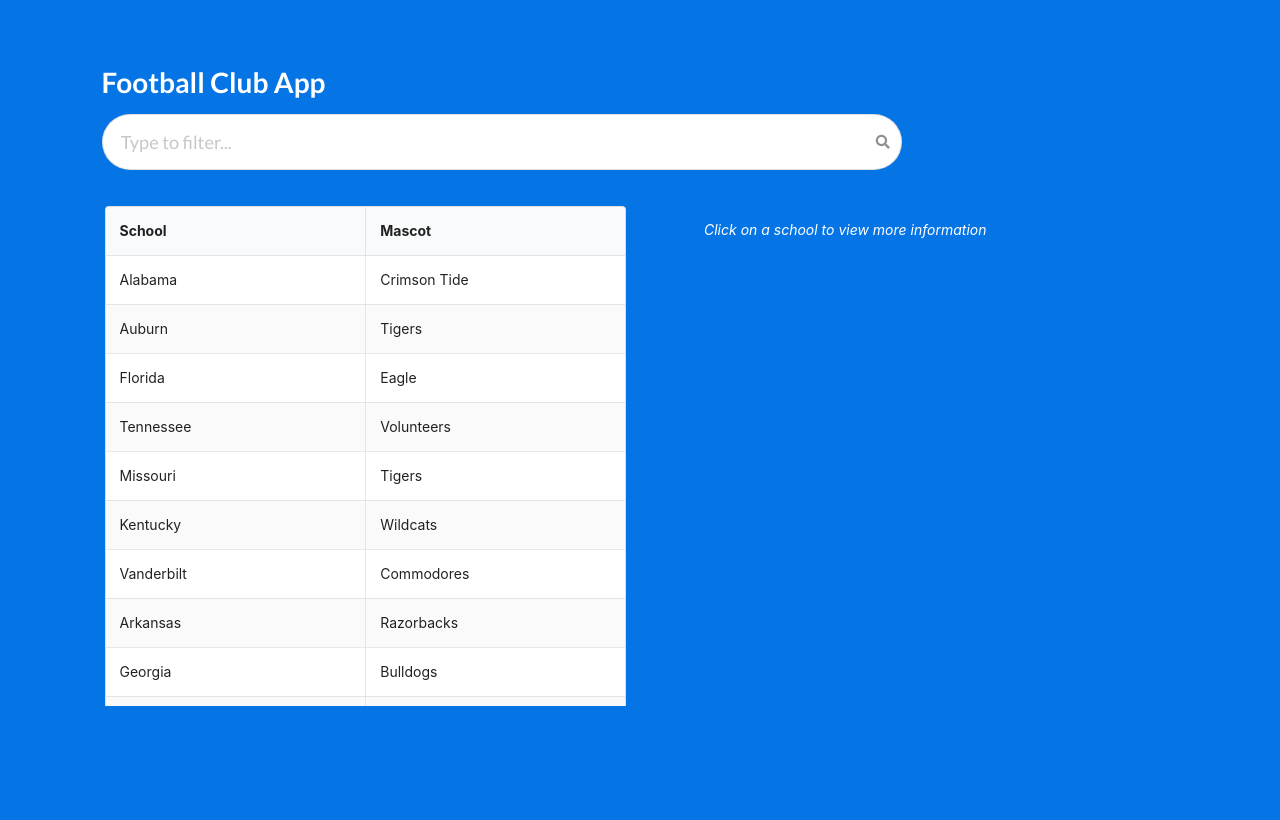
Repository: edwarddubi/Bootcamp_4_React
Page: / (app in bootcamp-4-react/)
An editor plug-in stored every save of this project. The page is shown before and after the next save, followed by the edit.
The browser window is 1280 px wide. The pictures show the whole page.
An inner scrolling area shows only its first screen. The project was rebuilt for these pictures with package versions that can differ from the ones it lists, and the page was loaded fresh each time.

Above is the page before, as saved 2020-07-14 11:00:58.

### bootcamp-4-react/public/index.html
<!DOCTYPE html>
<html lang="en">
  <head>
    <meta charset="utf-8" />
    <link rel="icon" href="%PUBLIC_URL%/favicon.ico" />
    <link
      rel="stylesheet"
      href="https://cdnjs.cloudflare.com/ajax/libs/semantic-ui/2.4.1/semantic.min.css"
    />
    <meta name="viewport" content="width=device-width, initial-scale=1" />
    <meta name="theme-color" content="#000000" />
    <meta
      name="description"
      content="Find all Football Clubs Here"
    />
    <link rel="apple-touch-icon" href="%PUBLIC_URL%/logo192.png" />
    <!--
      manifest.json provides metadata used when your web app is installed on a
      user's mobile device or desktop. See https://developers.google.com/web/fundamentals/web-app-manifest/
    -->
    <link rel="manifest" href="%PUBLIC_URL%/manifest.json" />
    <!--
      Notice the use of %PUBLIC_URL% in the tags above.
      It will be replaced with the URL of the `public` folder during the build.
      Only files inside the `public` folder can be referenced from the HTML.

      Unlike "/favicon.ico" or "favicon.ico", "%PUBLIC_URL%/favicon.ico" will
      work correctly both with client-side routing and a non-root public URL.
      Learn how to configure a non-root public URL by running `npm run build`.
    -->
    <title>Football Club App</title>
  </head>
  <style>
    .ui.table thead tr:first-child > th {
      position: sticky !important;
      top: 0;
      z-index: 2;
    }
    .ui.search > .ui.input.icon { width: 800px; margin-left: 25px; }
  </style>
  <body>
    <noscript>You need to enable JavaScript to run this app.</noscript>
    <div id="root"></div>
    <!--
      This HTML file is a template.
      If you open it directly in the browser, you will see an empty page.

      You can add webfonts, meta tags, or analytics to this file.
      The build step will place the bundled scripts into the <body> tag.

      To begin the development, run `npm start` or `yarn start`.
      To create a production bundle, use `npm run build` or `yarn build`.
    -->
  </body>
</html>

### bootcamp-4-react/src/index.css
body {
  margin: 0;
  font-family: -apple-system, BlinkMacSystemFont, 'Segoe UI', 'Roboto', 'Oxygen',
    'Ubuntu', 'Cantarell', 'Fira Sans', 'Droid Sans', 'Helvetica Neue',
    sans-serif;
  -webkit-font-smoothing: antialiased;
  -moz-osx-font-smoothing: grayscale;
}

code {
  font-family: source-code-pro, Menlo, Monaco, Consolas, 'Courier New',
    monospace;
}


.bg{
	background: #0575e6;
	justify-content: center;
}


/* ##### general ##### */
* {
	box-sizing: border-box;
}
main {
	padding: 0 2rem;
}

input[type='text'] {
	margin: 1rem;
	background: #fff;
	font-size: 1.3rem;
	border: none;
	box-shadow: inset 0 0 2px rgb(250, 251, 252);
	border-radius: 35px;
	padding: 0 2rem;
	width: calc(100% - 2rem);
	height: 4rem;
}

/* ##### Rows ##### */
.row {
	margin-top: 0rem;
	justify-content: center;
}

.row:after {
	padding: 1 0rem;
	content: '';
	display: table;
	clear: both;


}

.tableWrapper {
	max-height: 500px;
	min-height: 500px;
	overflow: auto;
	scroll-behavior: smooth;
	align-items: flex-start;
	align-self: flex-end;
}

### bootcamp-4-react/src/App.js
import React, { useState } from "react";
import Search from "./components/Search";
import ViewFootballClub from "./components/ViewFootballClub";
import FootballClubLists from "./components/FootballClubLists";
import AddFootballClub from "./components/AddFootballClub";
import RemoveFootballClub from "./components/RemoveFootballClub";
import EditFootballClub from "./components/EditFootballClub"
import { getData } from "./data/data.js";

function App() {
  const [data, setData] = useState(getData());
  const [filteredClubs, setFilteredClubs] = useState([])


  return (
    <div className="App">
      <div className="bg">
        <div
          style={{ paddingTop: "5%", paddingBottom: "10%" }}
          class="ui container"
        >
          <h1 style={{ color: "white", marginLeft: "25px" }}>
            Football Club App
          </h1>
          <Search data={data} setFilteredClubs={setFilteredClubs} />

          <main style={{ marginTop: "50px" }} className="main">
            <div class="ui grid">
              <div style={{ width: "50%" }} class="table-responsive" className="tableWrapper">
                <table
                  class="ui stackable fixed striped single line selectable celled table padded "
                >
                  <thead>
                    <tr>
                      <th>School</th>
                      <th>Mascot</th>
                    </tr>
                  </thead>
                  <FootballClubLists data={data} filteredClubs={filteredClubs} />
                  <tfoot>
                    <tr>
                      <th>{filteredClubs.length !== 0 ? "Search results: " + filteredClubs.length : data.length} School(s)</th>
                      <th></th>
                    </tr>
                  </tfoot>
                </table>
              </div>

              <div style={{ width: "50%", marginLeft:"50px" }} class="six wide column">
                <ViewFootballClub data={data} />
              </div>

              <div>
                <AddFootballClub data={data} />
              </div>
              <div>
                <EditFootballClub data={data} />
              </div>

              <div>
                <RemoveFootballClub data={data} />
              </div>
            </div>
          </main>
        </div>
      </div>
    </div>
  );
}

export default App;

### bootcamp-4-react/src/components/Search.js
import React from "react";
import {getFilteredClubs} from "../Functions/AppFunctions"

const Search = (props) => {

  const filterText = (event) =>{
    props.setFilteredClubs(getFilteredClubs(event.target.value, props.data))
  }
  //You will need to save the value from the textbox and update it as it changes
  //You will need the onChange value for the input tag to capture the textbox value

  return (
    <div>
      <div  style={{ marginTop: "1rem" }} class="ui search fluid">
        <div class="ui icon input">
          <input
            onChange={filterText}
            class="prompt"
            type="text"
            placeholder="Type to filter..."
          ></input>
          <i class="search icon"></i>
        </div>
      </div>
    </div>
  );
};

export default Search;

### bootcamp-4-react/src/components/ViewFootballClub.js
import React, {useState, useEffect} from 'react';


const ViewFootballClub = (props) => {


    return (
        <div>
            <div style={{alignItems:"center", justifyContent:"center"}}>
                <i style={{color:"white"}}>Click on a school to view more information</i>
            </div>

        </div>
    );
};
export default ViewFootballClub;

### bootcamp-4-react/src/components/FootballClubLists.js
import React from "react";

const FootballClubLists = (props) => {

  const buildingList =
    props.filteredClubs.length === 0
      ? props.data.map((footballClub) => {
          return (
            <tr key={footballClub.id}>
              <td data-label="School">{footballClub.school} </td>
              <td data-label="Mascot"> {footballClub.mascot} </td>
            </tr>
          );
        })
      : props.filteredClubs.map((footballClub) => {
        return (
          <tr key={footballClub.id}>
            <td data-label="School">{footballClub.school} </td>
            <td data-label="Mascot"> {footballClub.mascot} </td>
          </tr>
        );
      });

  return <tbody>{buildingList}</tbody>;
};
export default FootballClubLists;

### bootcamp-4-react/src/components/AddFootballClub.js
import React, { useState, useEffect } from "react";

const AddFootballClub = (props) => {
  return <div></div>;
};
export default AddFootballClub;

### bootcamp-4-react/src/components/RemoveFootballClub.js

import React, {useState, useEffect} from 'react';


const RemoveFootballClub = (props) => {


    return(
        <div>

    </div>

    );

};


export default RemoveFootballClub;

### bootcamp-4-react/src/components/EditFootballClub.js
import React, { useState, useEffect } from "react";

const AddFootballClub = (props) => {
  return <div></div>;
};
export default AddFootballClub;

### bootcamp-4-react/src/data/data.js
import schools from './schools.json'

const getData = () => {
  let all_footballClubs = [];
  let id = 1;
    schools.forEach(element => {
        element["id"] = id
        all_footballClubs.push(element)
        id++

    });
  return all_footballClubs
};

export { getData };

### bootcamp-4-react/src/Functions/AppFunctions.js

/**
 * Write all your functions here and export them to use in each respective component
 * An example is done below for filtering football clubs
 */



const getFilteredClubs = (filterText, data) => {
  //Here you will need to update the value of the filter with the value from the textbox

  return data.filter((footballClub) => {
    return (
      filterText.length > 0 &&
      footballClub.school
        .toLowerCase()
        .indexOf(filterText.toLowerCase().trim()) !== -1
    );
  });

};


export {getFilteredClubs}

Loaded but not shown: bootcamp-4-react/src/index.js (common file); bootcamp-4-react/src/serviceWorker.js (common file); bootcamp-4-react/src/data/schools.json (110 lines, source omitted)

After the next save:
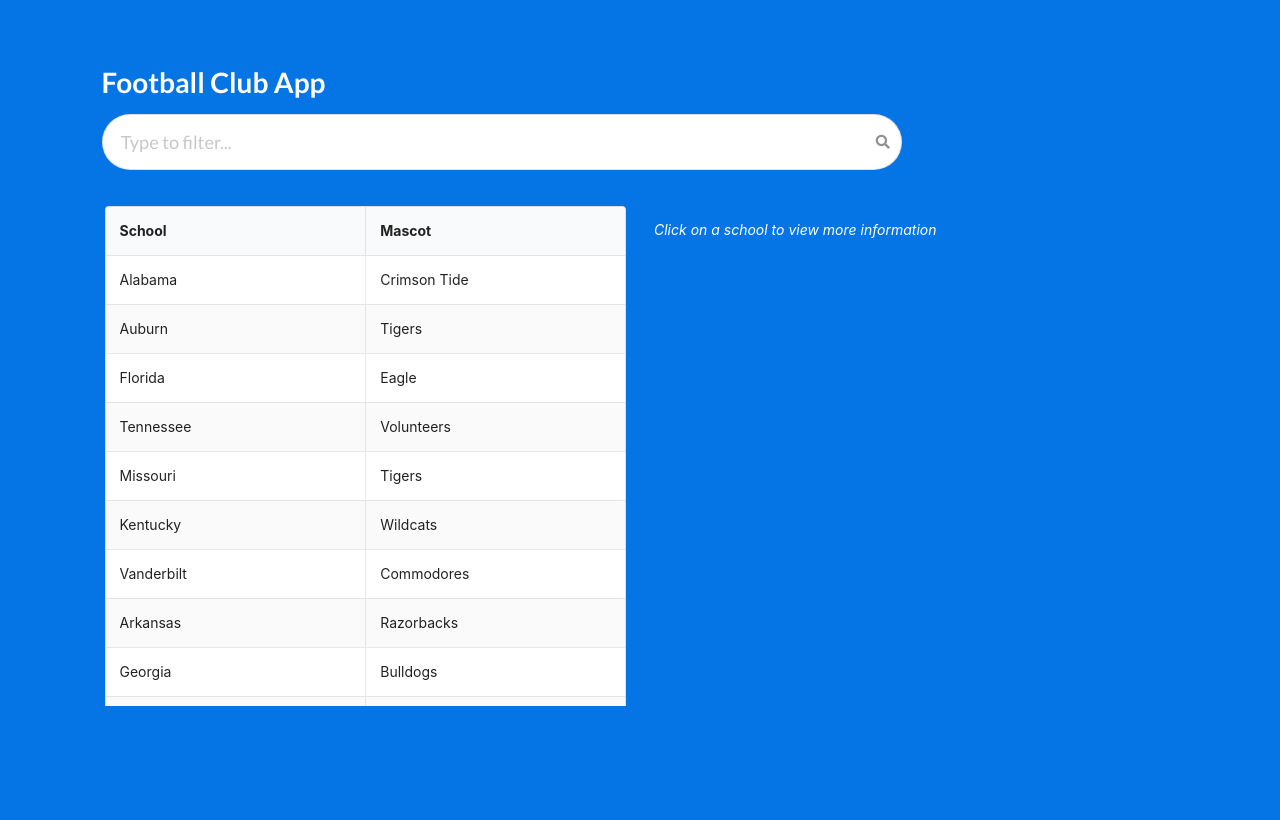
Saved 31 s later.
--- a/bootcamp-4-react/src/App.js
+++ b/bootcamp-4-react/src/App.js
@@ -46,7 +46,7 @@
                 </table>
               </div>
 
-              <div style={{ width: "50%", marginLeft:"50px" }} class="six wide column">
+              <div style={{ width: "50%",  }} class="six wide column">
                 <ViewFootballClub data={data} />
               </div>
 

After the 4 saves that followed:
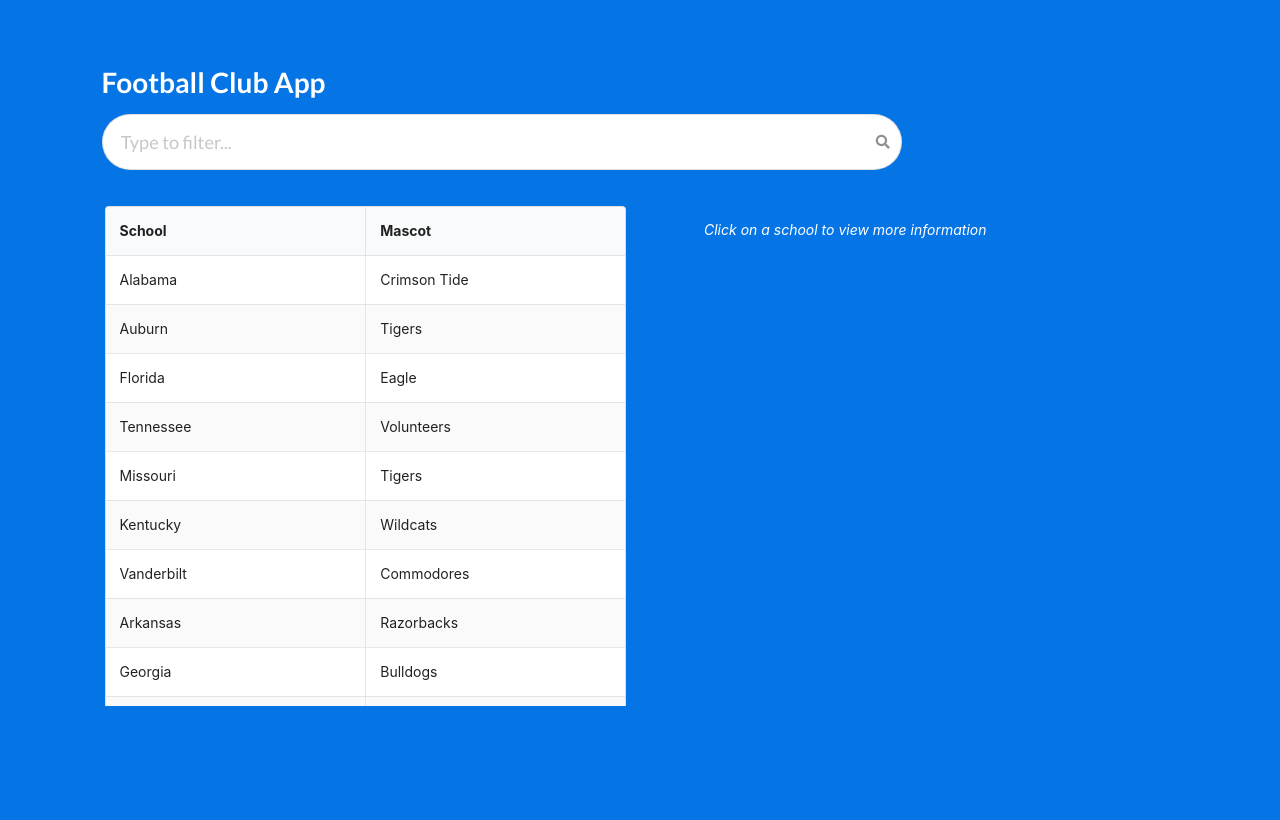
The 4 saves are shown as one change because 3 did not build or start.
The last was saved 36 s later.
--- a/bootcamp-4-react/src/App.js
+++ b/bootcamp-4-react/src/App.js
@@ -46,7 +46,7 @@
                 </table>
               </div>
 
-              <div style={{ width: "50%",  }} class="six wide column">
+              <div style={{ width: "50%", marginLeft:"50px" }} class="six wide column">
                 <ViewFootballClub data={data} />
               </div>
 
